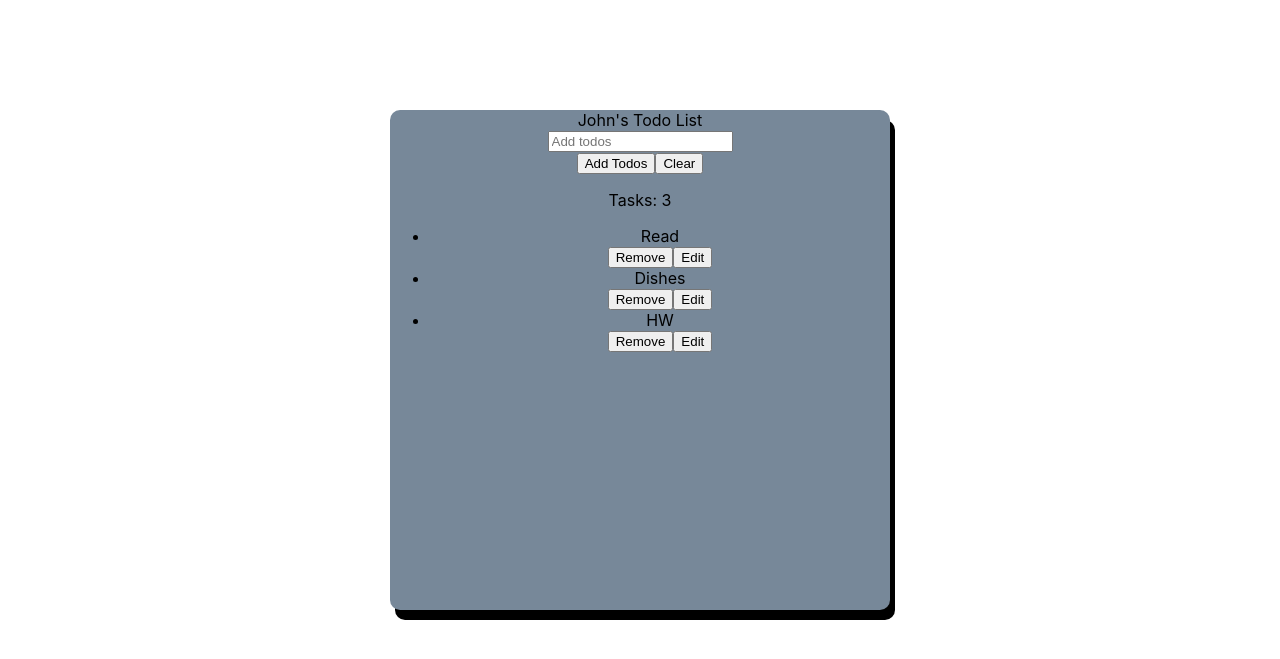
Repository: JohnKang0720/Simple-Todo-List
Page: /
An editor plug-in stored every save of this project. The page is shown before and after the next save, followed by the edit.
The browser window is 1280 px wide. The pictures show the whole page.
The project was rebuilt for these pictures with package versions that can differ from the ones it lists, and the page was loaded fresh each time.

Above is the page before, as saved 2021-05-25 18:24:45.

### src/App.js
import logo from './logo.svg';
import './App.css';
import TodoList from './TodoList'
import {taskContext} from './TodoList'
import React, {useContext, useState} from 'react'
import Todoform from './Todoform';


function App() {

  return (
    <TodoList >

    <div className="App">
     John's Todo List
   <Todoform />
    </div>
    </TodoList>

  );
}

export default App;

### src/App.css
.App {
  text-align: center;
}

.App-logo {
  height: 40vmin;
  pointer-events: none;
}

@media (prefers-reduced-motion: no-preference) {
  .App-logo {
    animation: App-logo-spin infinite 20s linear;
  }
}

.App-header {
  background-color: #282c34;
  min-height: 100vh;
  display: flex;
  flex-direction: column;
  align-items: center;
  justify-content: center;
  font-size: calc(10px + 2vmin);
  color: white;
}

.App-link {
  color: #61dafb;
}
body,html{
  width: 100%;
  height: 100%;
  display: flex;
  align-items: center;
  justify-content:center;
}
.App{
  background: lightslategray;
  width: 500px;
  height: 500px;
  position: relative;
  border-radius: 10px;
  box-shadow: 5px 10px;


}

@keyframes App-logo-spin {
  from {
    transform: rotate(0deg);
  }
  to {
    transform: rotate(360deg);
  }
}

### src/TodoList.js
import { DetectFacesTaskBase } from 'face-api.js'
import React, {useState, createContext} from 'react'
import Todoform from './Todoform'
import uuid from "uuid"

export const taskContext = createContext(null)
const TodoList = (props) => {

 const [input, setInput] = useState([
  {task: "Read", id: 0},
  {task: "Dishes", id: 1},
  {task: "HW", id: 2}
 ])

 function addTask(task){
setInput([...input, {task, id: 0 }  ])
 }
//  "task" along with the argument names the task off of e.target.value

function removeTask(id){
 setInput(input.filter(task => task.id !== id))
}
function clearTask(task){
   setInput([])
}

 return(
    <taskContext.Provider value = {{input, addTask, removeTask, clearTask}}>
    {props.children}
    </taskContext.Provider>
 )
}

export default TodoList

### src/Todoform.js
import React, {useContext, useState} from 'react'
import {taskContext} from './TodoList'
import List from './List'
import { DetectFacesTaskBase } from 'face-api.js'
function Todoform() {
    const {input, addTask, removeTask, clearTask} = useContext(taskContext)
    const [title, settitle] = useState('')
    const handleSubmit = (e) => {
      e.preventDefault();

      addTask(title)
      settitle('')
    }
    const handleChange = (e) => {

    settitle(e.target.value)


    }
    return (
        <div>
       <form onSubmit = {handleSubmit}>
           <input type = "text" placeholder = "Add todos" onChange = {handleChange} value = {title}/>
           <div>
           <button > Add Todos </button>
           <button onClick = {clearTask}> Clear </button>
           </div>
           <p> {`Tasks: ${input.length}`}</p>

       </form>

        <ul>

            {/* why does it have to be "input??" */}
            {input.map((task) => {
            return (

            <List task = {task} key = {task.id} remove = {removeTask} />


            )
            })}
        </ul>
        </div>
    )
}

export default Todoform

### src/List.js
import React, { useContext } from 'react'

function List({task, remove}) {


    return (
        <li>
            <span> {task.task}</span>
            <div>
                <button onClick = {() => remove(task.id)}> Remove </button>
                <button> Edit </button>
            </div>
        </li>

    )
}

export default List

Loaded but not shown: public/index.html (common file); src/index.js (common file); src/index.css (common file); src/reportWebVitals.js (common file)

After the next save:
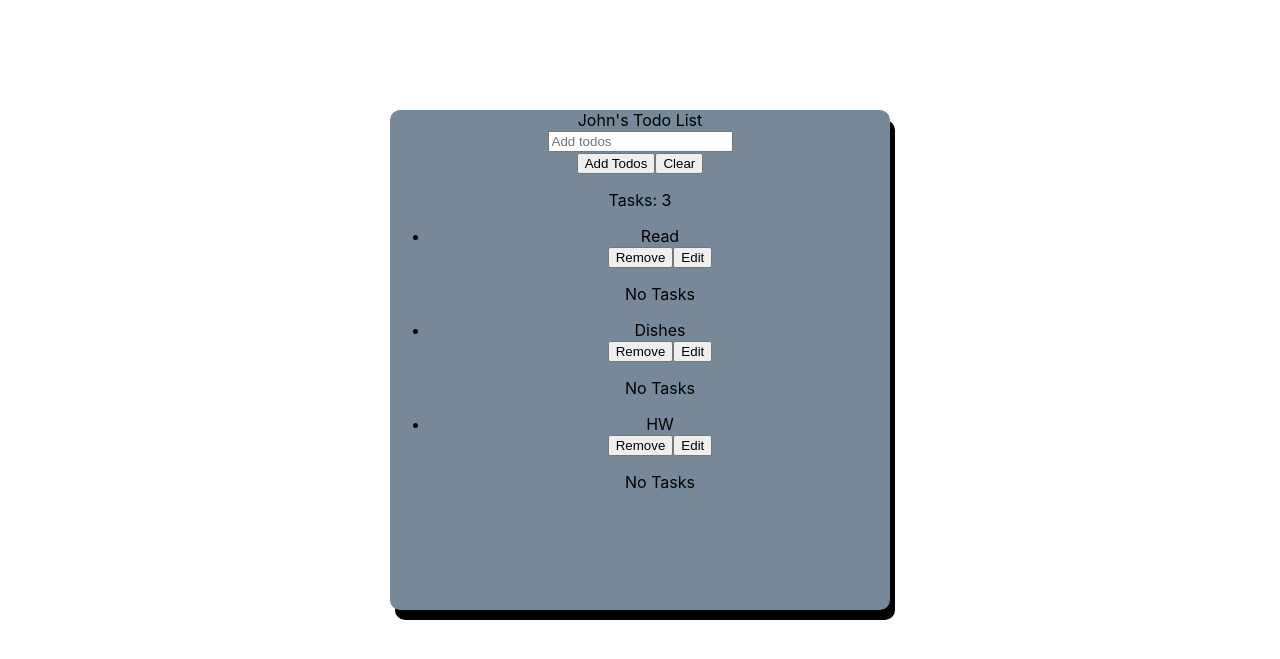
Saved 2 days later.
--- a/src/List.js
+++ b/src/List.js
@@ -4,6 +4,7 @@
 
 
     return (
+        <div>
         <li>
             <span> {task.task}</span>
             <div>
@@ -11,6 +12,9 @@
                 <button> Edit </button>
             </div>
         </li>
+        <p> No Tasks </p>
+        </div>
+
 
     )
 }

After the save that followed:
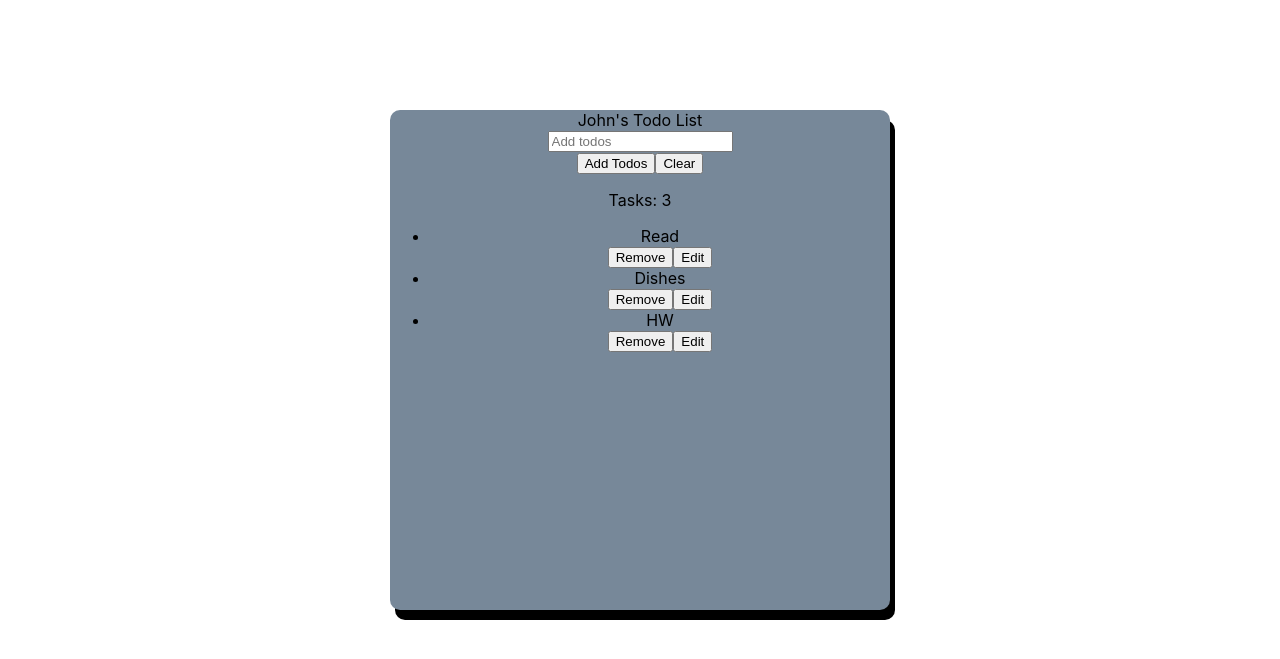
Saved 78 s later.
--- a/src/List.js
+++ b/src/List.js
@@ -12,7 +12,7 @@
                 <button> Edit </button>
             </div>
         </li>
-        <p> No Tasks </p>
+
         </div>
 
 
